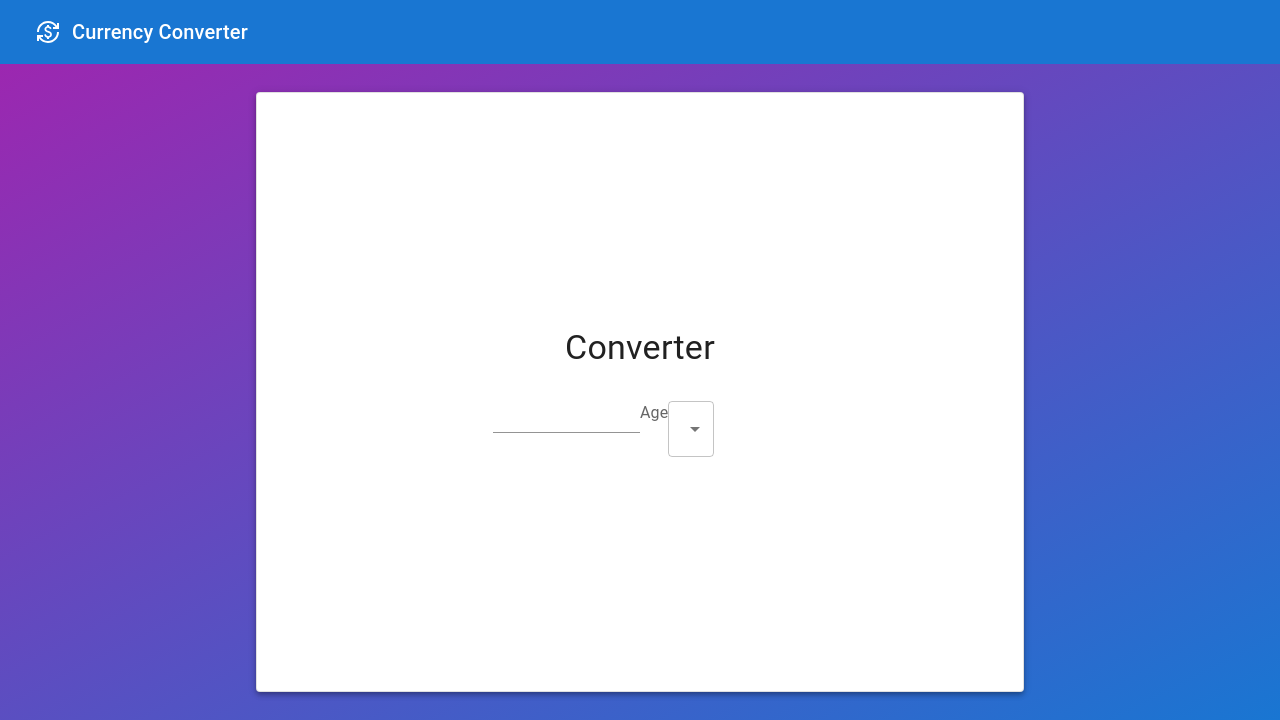
Repository: rutsguifd/currency-converter
Page: /
The author's editor kept a copy of each file at every save. The page is drawn from the files as they stood at one save, then again after the next save.
The browser window is 1280 px wide. The pictures show the whole page.
The project was rebuilt for these pictures with package versions that can differ from the ones it lists, and the page was loaded fresh each time. Also part of the build but not shown: src/components/ErrorBoundary.jsx.

Above is the page before, as saved 2023-03-27 23:52:26.

### src/index.js
import { CssBaseline } from "@mui/material";
import React from "react";
import ReactDOM from "react-dom/client";
import { Provider } from "react-redux";
import { BrowserRouter } from "react-router-dom";
import App from "./App";
import { setupStore } from "./store";

const store = setupStore();

const root = ReactDOM.createRoot(document.getElementById("root"));
root.render(
  <Provider store={store}>
    <BrowserRouter>
      <CssBaseline>
        <App />
      </CssBaseline>
    </BrowserRouter>
  </Provider>
);

### src/App.js
import AppRouter from "./router/AppRouter";

function App() {
  return (
    <>
      <AppRouter />
    </>
  );
}

export default App;

### src/store/index.js
import { combineReducers, configureStore } from "@reduxjs/toolkit";
import { ConverterAPI } from "./ConverterService";

const rootReducer = combineReducers({
  [ConverterAPI.reducerPath]: ConverterAPI.reducer,
});

export const setupStore = () => {
  return configureStore({
    reducer: rootReducer,
    middleware: (getDefaultMiddleware) =>
      getDefaultMiddleware().concat(ConverterAPI.middleware),
  });
};

### src/router/AppRouter.jsx
import React from "react";
import { Route, Routes } from "react-router-dom";
import ErrorBoundary from "../components/ErrorBoundary";
import HomePage from "../pages/HomePage";

const AppRouter = () => {
  return (
    <Routes>
      <Route path="/" element={<HomePage />} />
      <Route path="/error" element={<ErrorBoundary />} />
    </Routes>
  );
};

export default AppRouter;

### src/store/ConverterService.js
import { createApi, fetchBaseQuery } from "@reduxjs/toolkit/dist/query/react";

const BASE_URL = "https://api.apilayer.com/exchangerates_data/";

const BASE_QUERY = fetchBaseQuery({
  baseUrl: BASE_URL,
  prepareHeaders: (headers) => {
    headers.set("apikey", "3yTPGVUhUYyAGGgNkKb2MySzxmY4qcWi");
    return headers;
  },
});

export const ConverterAPI = createApi({
  reducerPath: "ConverterAPI",
  baseQuery: BASE_QUERY,
  tagTypes: ["ConverterAPI"],
  endpoints: (build) => ({
    getLatestCurrency: build.query({
      query: ({ symbols, base }) => `latest?symbols=${symbols}&base=${base}`,
    }),
  }),
});

### src/pages/HomePage.jsx
import React from "react";
import ConvertContainer from "../components/ConvertContainer";
import MainLayout from "../layout/MainLayout";

const HomePage = () => {
  return (
    <MainLayout>
      <ConvertContainer />
    </MainLayout>
  );
};

export default HomePage;

### src/components/ConvertContainer.jsx
import { Container, useTheme } from "@mui/material";
import React from "react";
import Convert from "./Convert";

const ConvertContainer = () => {
  const theme = useTheme();

  return (
    <Container
      maxWidth={false}
      disableGutters
      sx={{
        display: "flex",
        justifyContent: "center",
        alignItems: "center",
        minHeight: "calc(100vh - 64px)",
        background: `linear-gradient(to right bottom, ${theme.palette.secondary.main},  ${theme.palette.primary.main})`,
      }}
    >
      <Convert />
    </Container>
  );
};

export default ConvertContainer;

### src/layout/MainLayout.jsx
import React from "react";
import Header from "../components/Header";

const MainLayout = ({ children }) => {
  return (
    <>
      <Header />
      {children}
    </>
  );
};

export default MainLayout;

### src/components/Convert.jsx
import {
  Box,
  InputLabel,
  MenuItem,
  Paper,
  Select,
  TextField,
  Typography,
} from "@mui/material";
import React from "react";

const Convert = () => {
  return (
    <Paper
      variant="outlined"
      sx={{
        p: 4,
        display: "flex",
        flexDirection: "column",
        alignItems: "center",
        justifyContent: "center",
        width: "60vw",
        minWidth: "400px",
        height: "60vh",
        minHeight: "600px",
        gap: 4,
        boxShadow: 4,
      }}
    >
      <Typography variant="h4">Converter</Typography>
      <Box display="flex" flexDirection="row">
        <TextField variant="standard" sx={{ width: "50%" }} />
        <InputLabel id="demo-simple-select-label">Age</InputLabel>
        <Select
          labelId="demo-simple-select-label"
          id="demo-simple-select"
          // value={age}
          // label="Age"
          // onChange={handleChange}
        >
          <MenuItem value={10}>Ten</MenuItem>
          <MenuItem value={20}>Twenty</MenuItem>
          <MenuItem value={30}>Thirty</MenuItem>
        </Select>
      </Box>
    </Paper>
  );
};

export default Convert;

### src/components/Header.jsx
import {
  AppBar,
  Box,
  CircularProgress,
  IconButton,
  Toolbar,
  Typography,
} from "@mui/material";
import CurrencyExchangeIcon from "@mui/icons-material/CurrencyExchange";
import EuroSymbolIcon from "@mui/icons-material/EuroSymbol";
import AttachMoneyIcon from "@mui/icons-material/AttachMoney";
import React from "react";
import { ConverterAPI } from "../store/ConverterService";
import { useNavigate } from "react-router-dom";

const Header = () => {
  const navigate = useNavigate();

  //   const {
  //     data: USDData,
  //     error: USDError,
  //     isLoading: USDLoading,
  //   } = ConverterAPI.useGetLatestCurrencyQuery({
  //     symbols: "UAH",
  //     base: "USD",
  //   });
  //   const {
  //     data: EURData,
  //     error: EURError,
  //     isLoading: EURLoading,
  //   } = ConverterAPI.useGetLatestCurrencyQuery({
  //     symbols: "UAH",
  //     base: "EUR",
  //   });
  //   if (USDError || EURError) {
  //     return navigate("/error");
  //   }
  return (
    <Box sx={{ flexGrow: 1 }}>
      <AppBar position="static">
        <Toolbar>
          <IconButton size="large" color="inherit">
            <CurrencyExchangeIcon />
          </IconButton>
          <Typography variant="h6" component="div" sx={{ flexGrow: 1 }}>
            Currency Converter
          </Typography>
          {/* <Box margin={2} display="flex" flexDirection="row">
            <EuroSymbolIcon />
            {EURLoading ? (
              <CircularProgress />
            ) : (
              <Typography>{EURData.rates.UAH}</Typography>
            )}
          </Box>
          <Box margin={2} display="flex" flexDirection="row">
            <AttachMoneyIcon />
            {USDLoading ? (
              <CircularProgress />
            ) : (
              <Typography>{USDData.rates.UAH}</Typography>
            )}
          </Box> */}
        </Toolbar>
      </AppBar>
    </Box>
  );
};

export default Header;

Loaded but not shown: public/index.html (common file)

After the next save:
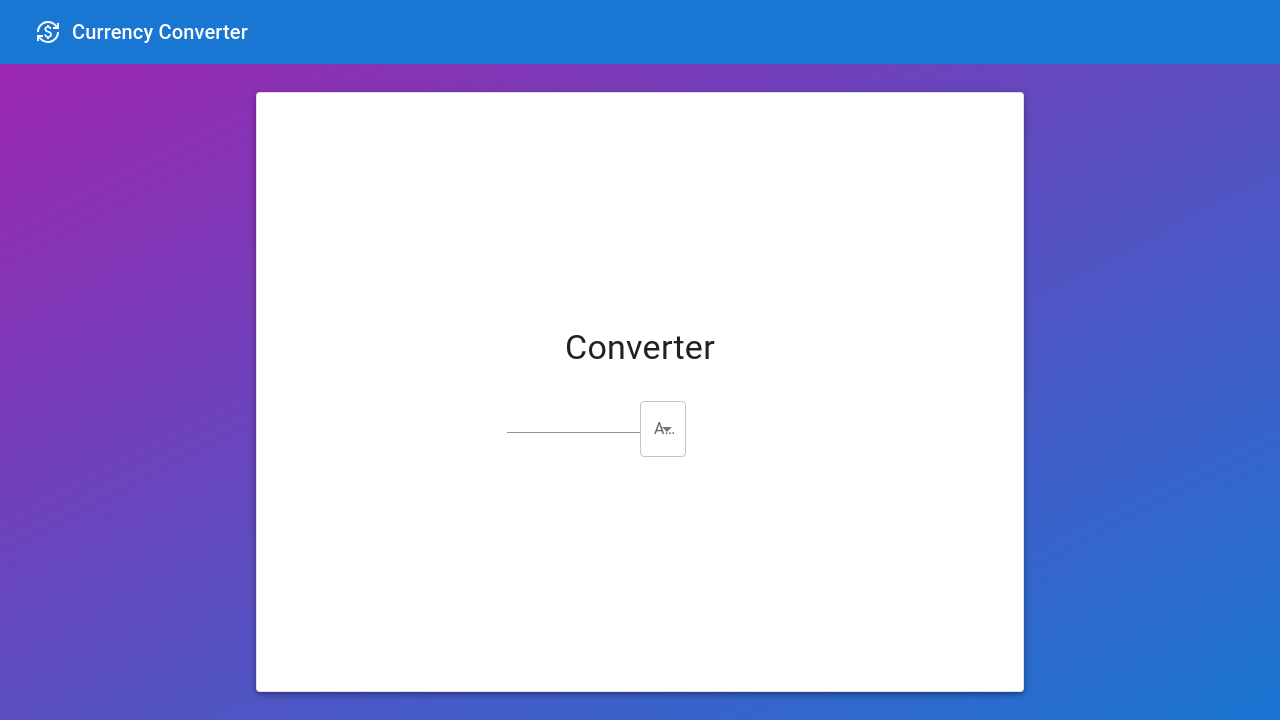
Saved 25 s later.
--- a/src/components/Convert.jsx
+++ b/src/components/Convert.jsx
@@ -1,5 +1,6 @@
 import {
   Box,
+  FormControl,
   InputLabel,
   MenuItem,
   Paper,
@@ -30,18 +31,20 @@ const Convert = () => {
       <Typography variant="h4">Converter</Typography>
       <Box display="flex" flexDirection="row">
         <TextField variant="standard" sx={{ width: "50%" }} />
-        <InputLabel id="demo-simple-select-label">Age</InputLabel>
-        <Select
-          labelId="demo-simple-select-label"
-          id="demo-simple-select"
-          // value={age}
-          // label="Age"
-          // onChange={handleChange}
-        >
-          <MenuItem value={10}>Ten</MenuItem>
-          <MenuItem value={20}>Twenty</MenuItem>
-          <MenuItem value={30}>Thirty</MenuItem>
-        </Select>
+        <FormControl>
+          <InputLabel id="demo-simple-select-label">Age</InputLabel>
+          <Select
+            labelId="demo-simple-select-label"
+            id="demo-simple-select"
+            // value={age}
+            // label="Age"
+            // onChange={handleChange}
+          >
+            <MenuItem value={10}>Ten</MenuItem>
+            <MenuItem value={20}>Twenty</MenuItem>
+            <MenuItem value={30}>Thirty</MenuItem>
+          </Select>
+        </FormControl>
       </Box>
     </Paper>
   );
